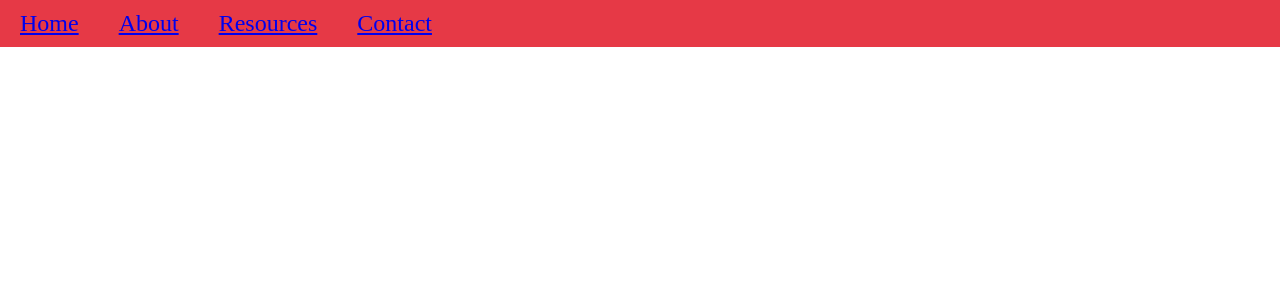
Repository: rdass1/COM421-FinalProject
Page: Website/index.html
These files come from the project's save history. The page is drawn as it stood at one moment and after the next save; the edit follows.
The browser window is 1280 px wide. The pictures show the whole page.

Above is the page before, as saved 2021-05-11 22:56:03.

After the next save:
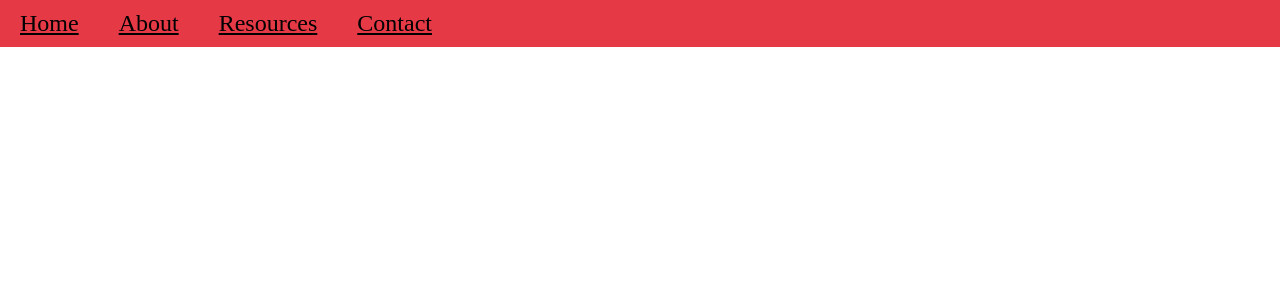
Saved 6 s later.
--- a/Website/css/index.css
+++ b/Website/css/index.css
@@ -36,5 +36,5 @@ header{
 
 #navbar a{
     display: block;
-    c
+    color: #000;
 }
